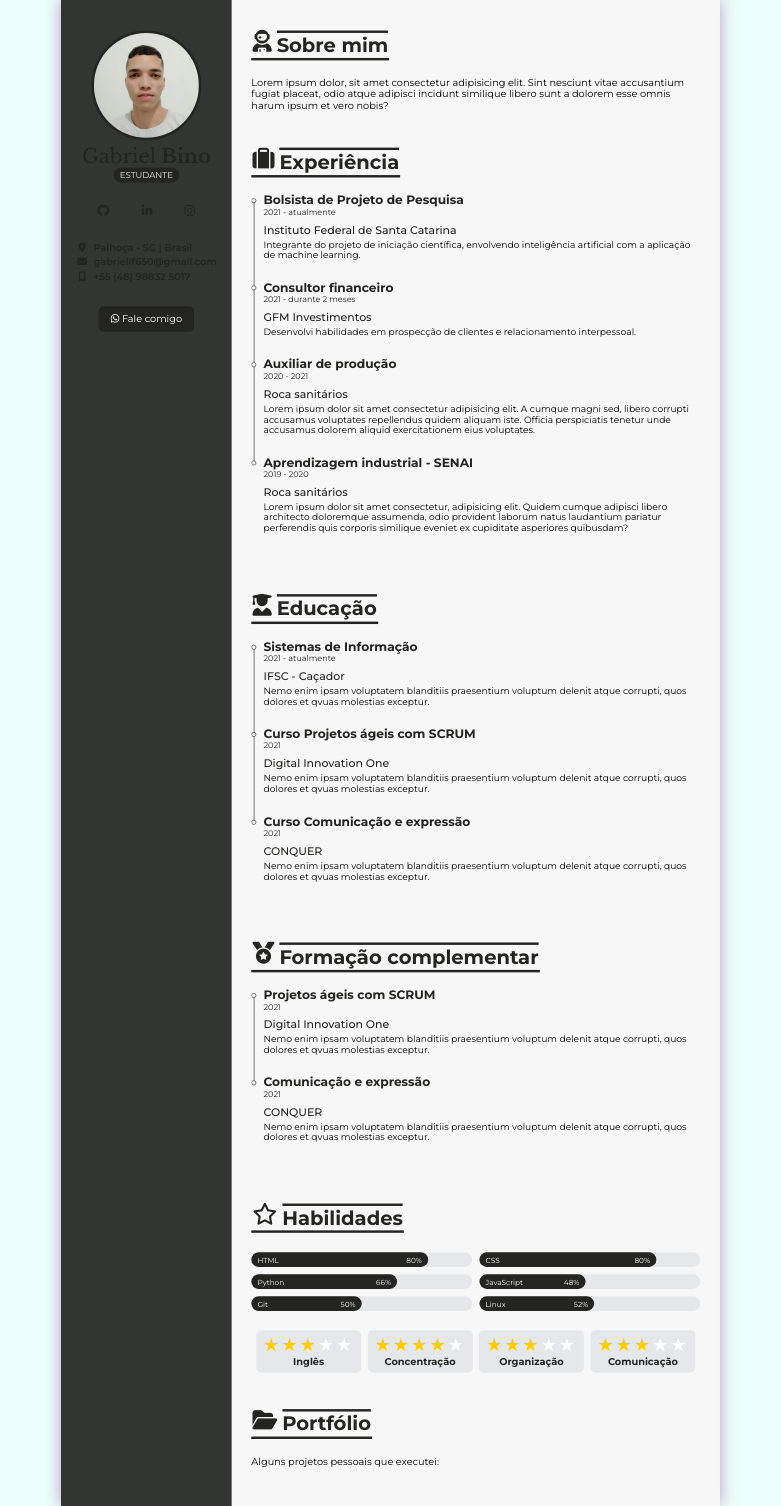
Repository: gabrielbino/curriculoResponsivo
Page: index.html
These files come from the project's save history. The page is drawn as it stood at one moment and after the next save; the edit follows.
The browser window is 1280 px wide. The pictures show the whole page, at 61% of full size.
Some web libraries are served in a nearby version.

Above is the page before, as saved 2021-10-19 16:33:44.

After the next save:
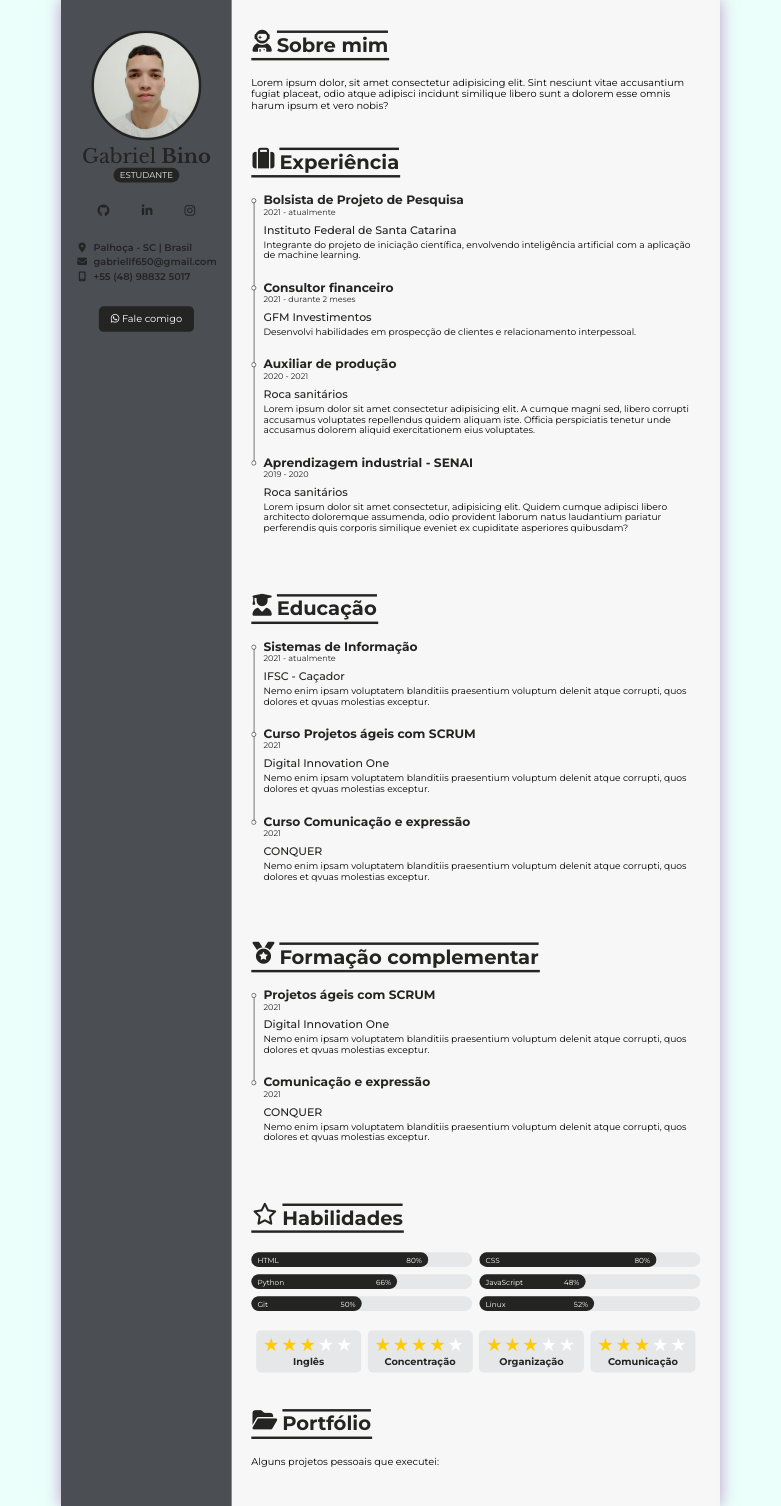
Saved 21 s later.
--- a/css/style.css
+++ b/css/style.css
@@ -25,7 +25,7 @@
 }
 
 aside {
-  background-color: #333533;
+  background-color: #4b4e53;
   padding: 50px 0 16px;
   width: 280px;
 }
